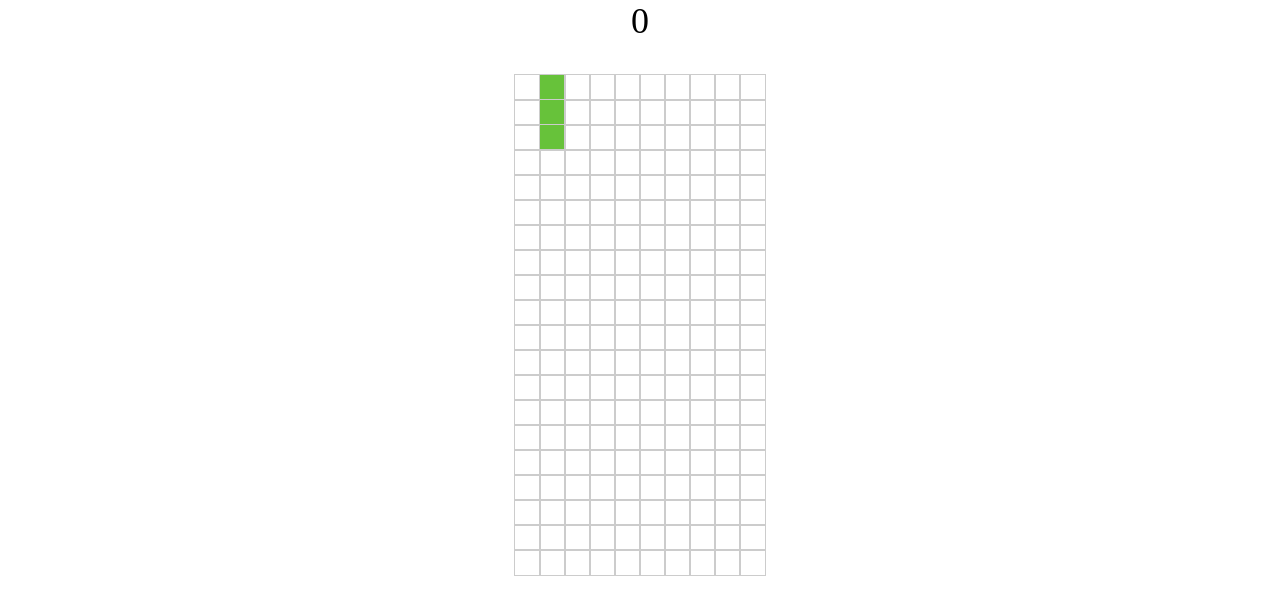
Repository: chlwpdnswku/tetris
Page: index.html
An editor plug-in stored every save of this project. The page is shown before and after the next save, followed by the edit.
The browser window is 1280 px wide. The pictures show the whole page.

Above is the page before, as saved 2022-12-12 02:26:10.

After the next save:
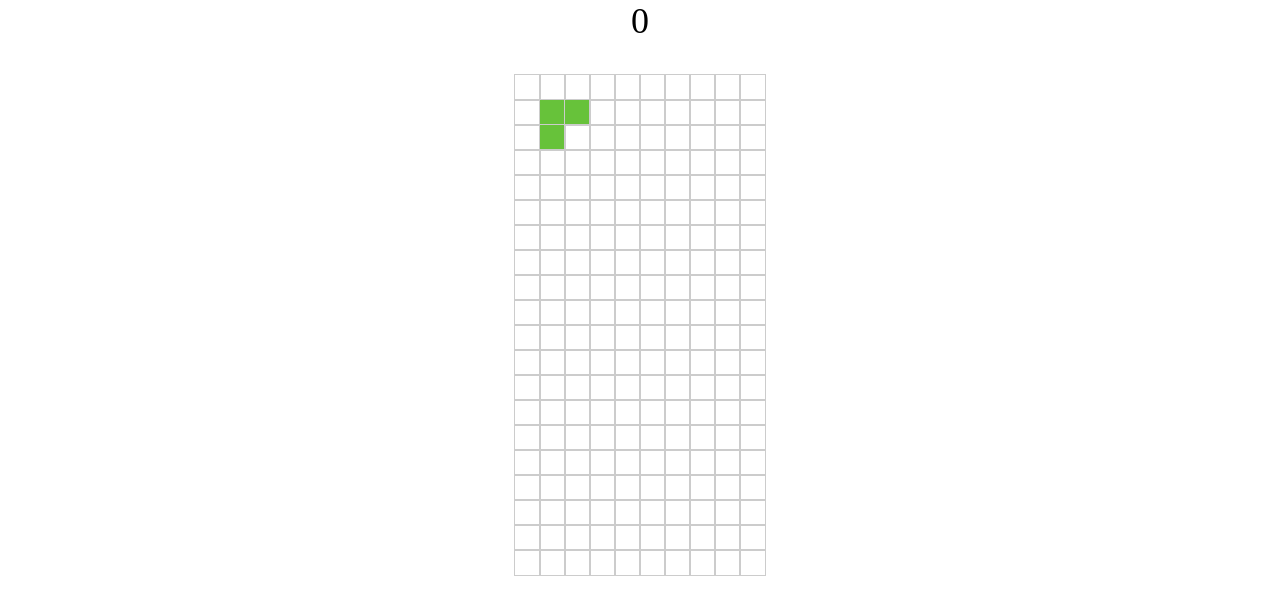
Saved 4 s later.
--- a/script.js
+++ b/script.js
@@ -31,7 +31,7 @@ const BLOCKS = {
     [
       [1, 2],
       [1, 1],
-      [1, 0],
+      [2, 1],
       [1, 1],
     ],
     [
